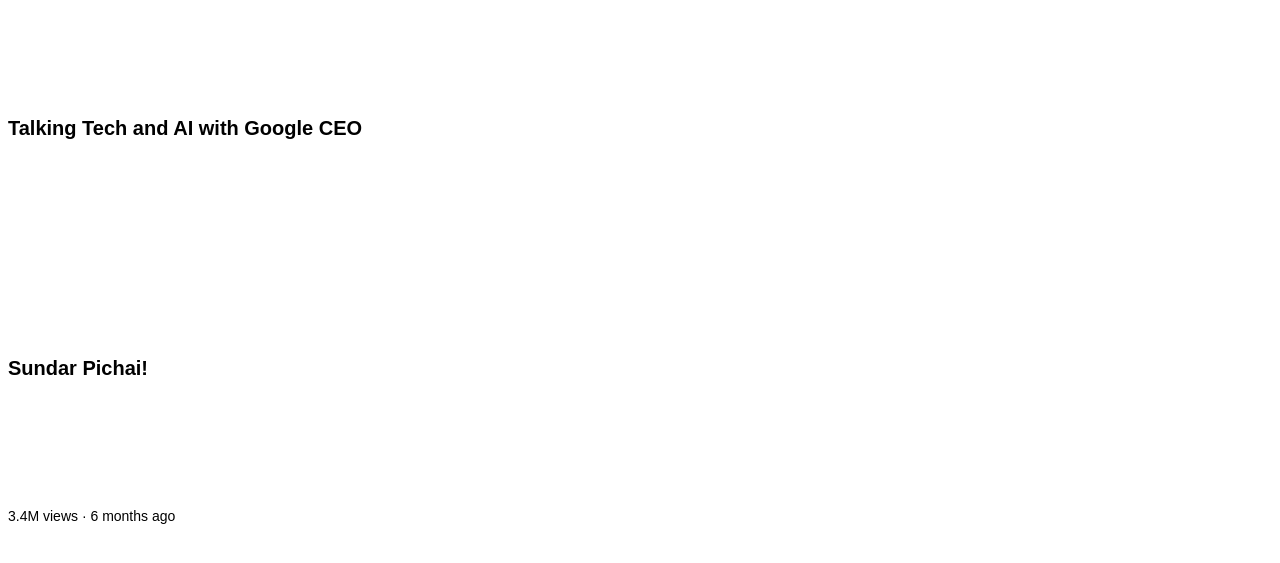
Repository: RagulRanjeeth/Frontend
Page: TxtSyles.html
An editor plug-in stored every save of this project. The page is shown before and after the next save, followed by the edit.
The browser window is 1280 px wide. The pictures show the whole page.

Above is the page before, as saved 2026-01-20 12:36:43.

After the next save:
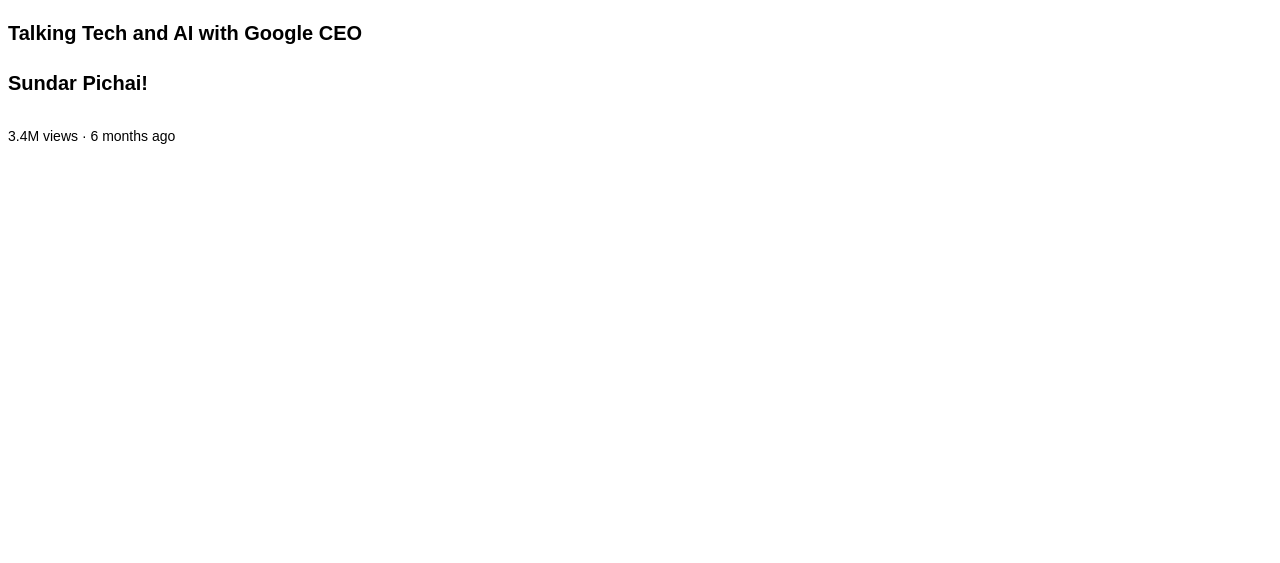
Saved 12 s later.
--- a/TxtSyles.html
+++ b/TxtSyles.html
@@ -3,7 +3,7 @@
         font-family: Arial;
         font-weight: bold;
         font-size: 20px;
-        line-height: 240px;
+        line-height: 50px;
         width: 400px;
     }
 
